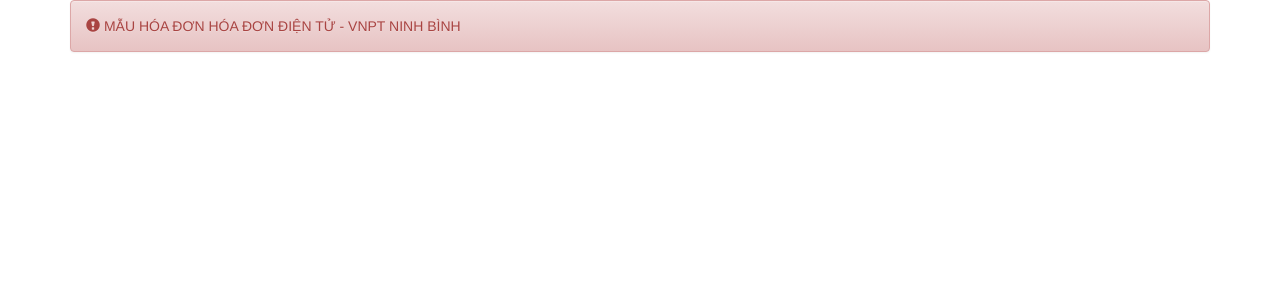
Repository: hoadonvnptninhbinh/hoadonvnptninhbinh
Page: index.html
An editor plug-in stored every save of this project. The page is shown before and after the next save, followed by the edit.
The browser window is 1280 px wide. The pictures show the whole page.

Above is the page before, as saved 2020-04-07 14:11:13.

After the next save:
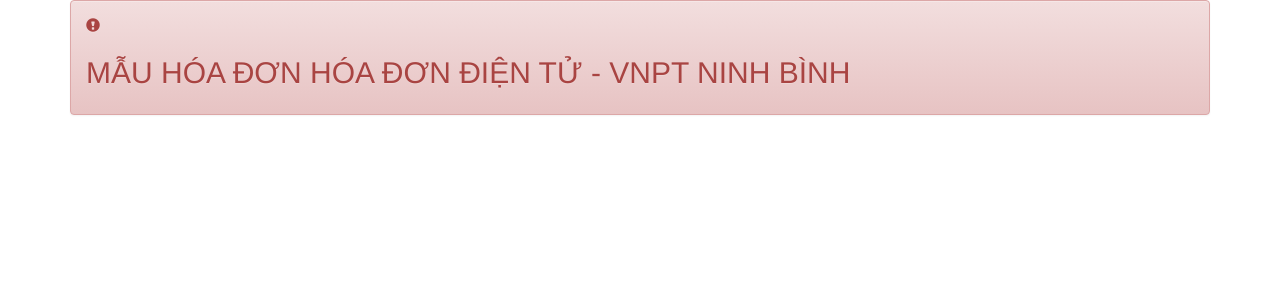
Saved 15 s later.
--- a/index.html
+++ b/index.html
@@ -16,7 +16,7 @@
       <div class='container'>
             <div class="alert alert-danger" role="alert">
                 <span class="glyphicon glyphicon-exclamation-sign"></span>
-                MẪU HÓA ĐƠN HÓA ĐƠN ĐIỆN TỬ - VNPT NINH BÌNH
+                <h2>MẪU HÓA ĐƠN HÓA ĐƠN ĐIỆN TỬ - VNPT NINH BÌNH</h2>
             </div>
 
       </div>
